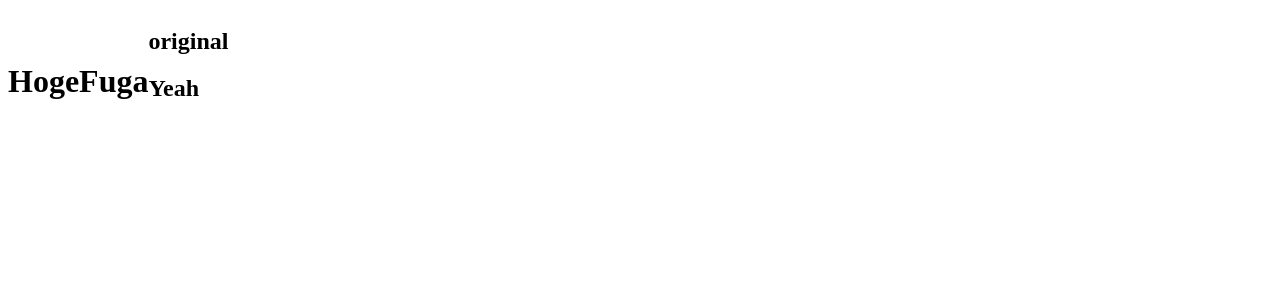
Repository: slowmoter1/samurai_HTML-CSS
Page: Test1/hoge.html
The author's editor kept a record of every edit. The page is drawn from the files as they stood at one moment, then again after the next edit.
The browser window is 1280 px wide. The pictures show the whole page.

Above is the page before.

### Test1/hoge.html
<html lang="ja">
    <head>
        <style>
            #flex-end {
                display: flex;
                align-items: flex-end;
            }
        </style>
    </head>
    <body>
        <div id="flex-end">
            <h1>Hoge</h1>
            <h1>Fuga</h1>

        <div id="flex-start">
            <h2>original</h2>
            <h2>Yeah</h2>
        </div>
    </body>
</html>

After the next edit:
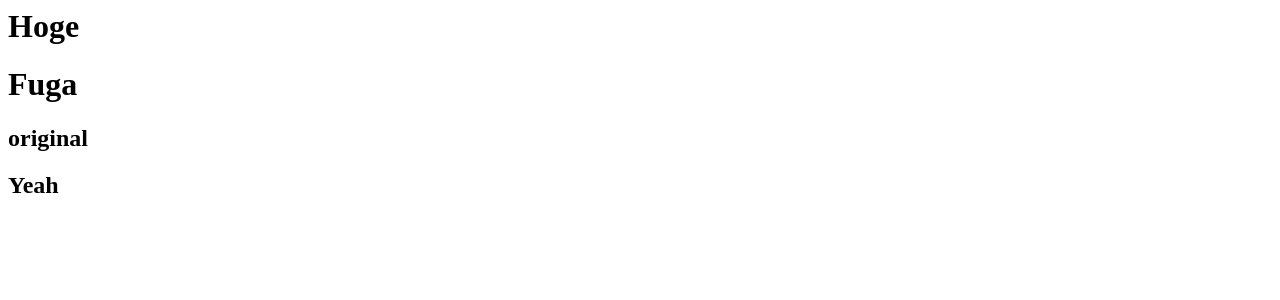
The edit:
--- a/Test1/hoge.html
+++ b/Test1/hoge.html
@@ -1,9 +1,9 @@
 <html lang="ja">
     <head>
         <style>
-            #flex-end {
-                display: flex;
-                align-items: flex-end;
+            #grid {
+                display: grid;
+                align-template-columns: 200px 200px;
             }
         </style>
     </head>
